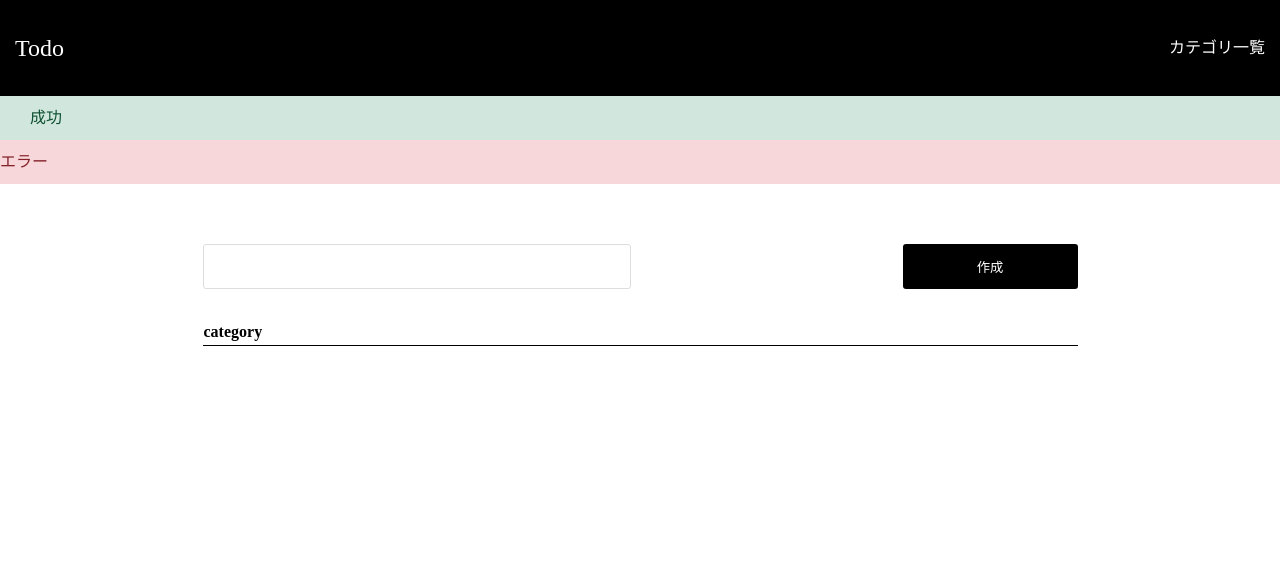
Repository: mayu-ya/todo4
Page: http://localhost/categories
An editor plug-in stored every save of this project. The page is shown before and after the next save, followed by the edit.
The browser window is 1280 px wide. The pictures show the whole page.
The page is served by the project's Laravel application, run on PHP 8.4 with Laravel 8. Other server files are loaded and not shown. Queries for data that is not in the repository find no rows.

Above is the page before, as saved 2026-01-13 23:31:06.

### src/routes/web.php
<?php

use Illuminate\Support\Facades\Route;
use App\Http\Controllers\TodoController;
use App\Http\Controllers\CategoryController;

/*
|--------------------------------------------------------------------------
| Web Routes
|--------------------------------------------------------------------------
|
| Here is where you can register web routes for your application. These
| routes are loaded by the RouteServiceProvider within a group which
| contains the "web" middleware group. Now create something great!
|
*/

Route::get('/', [TodoController::class, 'index']);
Route::post('/todos', [TodoController::class, 'store']);
Route::patch('/todos/update', [TodoController::class, 'update']);
Route::delete('todos/delete', [TodoController::class, 'destroy']);

Route::get('/categories', [CategoryController::class, 'index']);

### src/app/Http/Controllers/CategoryController.php
<?php

namespace App\Http\Controllers;

use App\Models\Category;
use Illuminate\Http\Request;

class CategoryController extends Controller
{
    public function index()
    {
        $categories = Category::all();

        return view('category', compact('categories'));
    }
}

### src/app/Models/Category.php
<?php

namespace App\Models;

use Illuminate\Database\Eloquent\Factories\HasFactory;
use Illuminate\Database\Eloquent\Model;

class Category extends Model
{
    use HasFactory;

    protected $fillable = ['neme'];
}

### src/resources/views/category.blade.php
@extends('layouts.app')

@section('css')
<link rel="stylesheet" href="{{ asset('css/category.css') }}">
@endsection

@section('content')
<div class="category-message">
    <div class="category-success">
        <div class="category-success_message">成功</div>
    </div>
    <div class="category-error">
        <div class="category-error_message">エラー</div>
    </div>
</div>

<div class="content">
    <form class="category-form">
        <div class="category-form_item">
            <input type="text" class="category-form_item-input" name="category">
        </div>
        <div class="category-form_button">
            <button class="category-form_button-submit" type="submit">作成</button>
        </div>
    </form>

    <table class="table">
        <tr class="table-row">
            <th class="table-header">
                <div class="table-header-item">category</div>
            </th>
        </tr>
        @foreach($categories as $category)
        <tr class="table-row">
            <td class="table_item">
                <form class="table-update" action="/">
                    <div class="table-update_item">
                        <input type="text" class="table-update_item-input" name="category">
                    </div>
                    <div class="table-update_button">
                        <button class="table-update_button-submit" type="submit">更新</button>
                    </div>
                </form>
            </td>
            <td class="table_item">
                <form class="table-delete" action="/">
                    <div class="table-delete_button">
                        <button class="table-delete_button-submit" type="submit">削除</button>
                    </div>
                </form>
            </td>
        </tr>
        @endforeach
    </table>
</div>
@endsection

### src/resources/views/layouts/app.blade.php
<!DOCTYPE html>
<html lang="ja">
<head>
    <meta charset="UTF-8">
    <meta name="viewport" content="width=device-width, initial-scale=1.0">
    <title>Todo</title>
    <link rel="stylesheet" href="{{ asset('css/sanitize.css') }}">
    <link rel="stylesheet" href="{{ asset('css/common.css') }}">
    @yield('css')
</head>
<body>
    <header class="header">
        <div class="header-inner">
            <div class="header-utilities">
                <a href="/" class="header-logo">Todo</a>
                <nav>
                    <ul class="header-nav">
                        <li class="header-nav_item">
                            <a href="/categories" class="header-nav_link">カテゴリ一覧</a>
                        </li>
                    </ul>
                </nav>
            </div>
        </div>
    </header>

    <main>
        @yield('content')
    </main>
</body>
</html>

### src/public/css/sanitize.css
/* Document
* ========================================================================== */

/**
* Add border box sizing in all browsers (opinionated).
*/

*,
::before,
::after {
box-sizing: border-box;
}

/**
* 1. Add text decoration inheritance in all browsers (opinionated).
* 2. Add vertical alignment inheritance in all browsers (opinionated).
*/

::before,
::after {
vertical-align: inherit; /* 2 */
text-decoration: inherit; /* 1 */
}

/**
* 1. Use the default cursor in all browsers (opinionated).
* 2. Change the line height in all browsers (opinionated).
* 3. Use a 4-space tab width in all browsers (opinionated).
* 4. Remove the grey highlight on links in iOS (opinionated).
* 5. Prevent adjustments of font size after orientation changes in
*    IE on Windows Phone and in iOS.
* 6. Breaks words to prevent overflow in all browsers (opinionated).
*/

html {
word-break: break-word; /* 6 */
-moz-tab-size: 4; /* 3 */
tab-size: 4; /* 3 */
line-height: 1.5; /* 2 */
cursor: default; /* 1 */

-webkit-tap-highlight-color: transparent /* 4 */;
-ms-text-size-adjust: 100%; /* 5 */
-webkit-text-size-adjust: 100%; /* 5 */
}

/* Sections
* ========================================================================== */

/**
* Remove the margin in all browsers (opinionated).
*/

body {
margin: 0;
}

/**
* Correct the font size and margin on `h1` elements within `section` and
* `article` contexts in Chrome, Edge, Firefox, and Safari.
*/

h1 {
margin: 0.67em 0;
font-size: 2em;
}

/* Grouping content
* ========================================================================== */

/**
* Remove the margin on nested lists in Chrome, Edge, IE, and Safari.
*/

dl dl,
dl ol,
dl ul,
ol dl,
ul dl {
margin: 0;
}

/**
* Remove the margin on nested lists in Edge 18- and IE.
*/

ol ol,
ol ul,
ul ol,
ul ul {
margin: 0;
}

/**
* 1. Add the correct sizing in Firefox.
* 2. Show the overflow in Edge 18- and IE.
*/

hr {
overflow: visible; /* 2 */
height: 0; /* 1 */
}

/**
* Add the correct display in IE.
*/

main {
display: block;
}

/**
* Remove the list style on navigation lists in all browsers (opinionated).
*/

nav ol,
nav ul {
padding: 0;
list-style: none;
}

/**
* 1. Correct the inheritance and scaling of font size in all browsers.
* 2. Correct the odd `em` font sizing in all browsers.
*/

pre {
font-size: 1em; /* 2 */
font-family: monospace, monospace; /* 1 */
}

/* Text-level semantics
* ========================================================================== */

/**
* Remove the gray background on active links in IE 10.
*/

a {
background-color: transparent;
}

/**
* Add the correct text decoration in Edge 18-, IE, and Safari.
*/

abbr[title] {
text-decoration: underline;
text-decoration: underline dotted;
}

/**
* Add the correct font weight in Chrome, Edge, and Safari.
*/

b,
strong {
font-weight: bolder;
}

/**
* 1. Correct the inheritance and scaling of font size in all browsers.
* 2. Correct the odd `em` font sizing in all browsers.
*/

code,
kbd,
samp {
font-size: 1em; /* 2 */
font-family: monospace, monospace; /* 1 */
}

/**
* Add the correct font size in all browsers.
*/

small {
font-size: 80%;
}

/* Embedded content
* ========================================================================== */

/*
* Change the alignment on media elements in all browsers (opinionated).
*/

audio,
canvas,
iframe,
img,
svg,
video {
vertical-align: middle;
}

/**
* Add the correct display in IE 9-.
*/

audio,
video {
display: inline-block;
}

/**
* Add the correct display in iOS 4-7.
*/

audio:not([controls]) {
display: none;
height: 0;
}

/**
* Remove the border on iframes in all browsers (opinionated).
*/

iframe {
border-style: none;
}

/**
* Remove the border on images within links in IE 10-.
*/

img {
border-style: none;
}

/**
* Change the fill color to match the text color in all browsers (opinionated).
*/

svg:not([fill]) {
fill: currentColor;
}

/**
* Hide the overflow in IE.
*/

svg:not(:root) {
overflow: hidden;
}

/* Tabular data
* ========================================================================== */

/**
* Collapse border spacing in all browsers (opinionated).
*/

table {
border-collapse: collapse;
}

/* Forms
* ========================================================================== */

/**
* Remove the margin on controls in Safari.
*/

button,
input,
select {
margin: 0;
}

/**
* 1. Show the overflow in IE.
* 2. Remove the inheritance of text transform in Edge 18-, Firefox, and IE.
*/

button {
overflow: visible; /* 1 */
text-transform: none; /* 2 */
}

/**
* Correct the inability to style buttons in iOS and Safari.
*/

button,
[type="button"],
[type="reset"],
[type="submit"] {
-webkit-appearance: button;
}

/**
* 1. Change the inconsistent appearance in all browsers (opinionated).
* 2. Correct the padding in Firefox.
*/

fieldset {
padding: 0.35em 0.75em 0.625em; /* 2 */
border: 1px solid #a0a0a0; /* 1 */
}

/**
* Show the overflow in Edge 18- and IE.
*/

input {
overflow: visible;
}

/**
* 1. Correct the text wrapping in Edge 18- and IE.
* 2. Correct the color inheritance from `fieldset` elements in IE.
*/

legend {
display: table; /* 1 */
max-width: 100%; /* 1 */
color: inherit; /* 2 */
white-space: normal; /* 1 */
}

/**
* 1. Add the correct display in Edge 18- and IE.
* 2. Add the correct vertical alignment in Chrome, Edge, and Firefox.
*/

progress {
display: inline-block; /* 1 */
vertical-align: baseline; /* 2 */
}

/**
* Remove the inheritance of text transform in Firefox.
*/

select {
text-transform: none;
}

/**
* 1. Remove the margin in Firefox and Safari.
* 2. Remove the default vertical scrollbar in IE.
* 3. Change the resize direction in all browsers (opinionated).
*/

textarea {
overflow: auto; /* 2 */
margin: 0; /* 1 */
resize: vertical; /* 3 */
}

/**
* Remove the padding in IE 10-.
*/

[type="checkbox"],
[type="radio"] {
padding: 0;
}

/**
* 1. Correct the odd appearance in Chrome, Edge, and Safari.
* 2. Correct the outline style in Safari.
*/

[type="search"] {
outline-offset: -2px; /* 2 */

-webkit-appearance: textfield; /* 1 */
}

/**
* Correct the cursor style of increment and decrement buttons in Safari.
*/

::-webkit-inner-spin-button,
::-webkit-outer-spin-button {
height: auto;
}

/**
* Correct the text style of placeholders in Chrome, Edge, and Safari.
*/

::-webkit-input-placeholder {
color: inherit;
opacity: 0.54;
}

/**
* Remove the inner padding in Chrome, Edge, and Safari on macOS.
*/

::-webkit-search-decoration {
-webkit-appearance: none;
}

/**
* 1. Correct the inability to style upload buttons in iOS and Safari.
* 2. Change font properties to `inherit` in Safari.
*/

::-webkit-file-upload-button {
font: inherit; /* 2 */

-webkit-appearance: button; /* 1 */
}

/**
* Remove the inner border and padding of focus outlines in Firefox.
*/

::-moz-focus-inner {
padding: 0;
border-style: none;
}

/**
* Restore the focus outline styles unset by the previous rule in Firefox.
*/

:-moz-focusring {
outline: 1px dotted ButtonText;
}

/**
* Remove the additional :invalid styles in Firefox.
*/

:-moz-ui-invalid {
box-shadow: none;
}

/* Interactive
* ========================================================================== */

/*
* Add the correct display in Edge 18- and IE.
*/

details {
display: block;
}

/*
* Add the correct styles in Edge 18-, IE, and Safari.
*/

dialog {
position: absolute;
right: 0;
left: 0;
display: block;
margin: auto;
padding: 1em;
width: -moz-fit-content;
width: -webkit-fit-content;
width: fit-content;
height: -moz-fit-content;
height: -webkit-fit-content;
height: fit-content;
border: solid;
background-color: white;
color: black;
}

dialog:not([open]) {
display: none;
}

/*
* Add the correct display in all browsers.
*/

summary {
display: list-item;
}

/* Scripting
* ========================================================================== */

/**
* Add the correct display in IE 9-.
*/

canvas {
display: inline-block;
}

/**
* Add the correct display in IE.
*/

template {
display: none;
}

/* User interaction
* ========================================================================== */

/*
* 1. Remove the tapping delay in IE 10.
* 2. Remove the tapping delay on clickable elements
in all browsers (opinionated).
*/

a,
area,
button,
input,
label,
select,
summary,
textarea,
[tabindex] {
-ms-touch-action: manipulation; /* 1 */
touch-action: manipulation; /* 2 */
}

/**
* Add the correct display in IE 10-.
*/

[hidden] {
display: none;
}

/* Accessibility
* ========================================================================== */

/**
* Change the cursor on busy elements in all browsers (opinionated).
*/

[aria-busy="true"] {
cursor: progress;
}

/*
* Change the cursor on control elements in all browsers (opinionated).
*/

[aria-controls] {
cursor: pointer;
}

/*
* Change the cursor on disabled, not-editable, or otherwise
* inoperable elements in all browsers (opinionated).
*/

[aria-disabled="true"],
[disabled] {
cursor: not-allowed;
}

/*
* Change the display on visually hidden accessible elements
* in all browsers (opinionated).
*/

[aria-hidden="false"][hidden] {
display: initial;
}

[aria-hidden="false"][hidden]:not(:focus) {
position: absolute;
clip: rect(0, 0, 0, 0);
}

### src/public/css/common.css
.header {
    background: #000;
    max-width: 1536px;
}

.header-inner {
    width: 100%;
    margin: 0 auto;
    padding: 20px 15px;
}

.header-utilities {
    display: flex;
    align-items: center;
    justify-content: space-between;
}

.header-logo {
    display: block;
    font-size: 24px;
    color: #fff;
    text-decoration: none;
    cursor: pointer;
}

.header-nav_link {
    color: #fff;
    text-decoration: none;
}

### src/public/css/category.css
.category-success_message {
    padding: 10px 30px;
    background: #d1e7dd;
    color: #0f5132;
    border-color: #badbcc;
}

.category-error_message {
    padding: 10px 0;
    background: #f8d7da;
    color: #842029;
    border-color: #f5c2c7;
}

.content {
    max-width: 1536px;
    margin: 0 auto;
    padding: 60px 15px;
}


.category-form {
    display: flex;
    width: 70%;
    justify-content: space-between;
    margin: 0 auto;
    margin-bottom: 15px;
    align-items: center;
}

.category-form_item {
    width: 70%;
}

.category-form_item-input {
    margin-right: 10px;
    padding: 10px;
    width: 70%;
    height: 45px;
    border: 1px solid #ddd;
    border-radius: 3px;
    outline: none;
}

.category-form_button {
    width: 20%;
}

.category-form_button-submit {
    padding: 10px;
    width: 100%;
    height: 45px;
    border: none;
    border-radius: 3px;
    background: #000;
    color: #fff;
    cursor: pointer;
}

.table {
    margin: 30px auto;
    width: 70%;
    text-align: left;
}

.table-row {
    display: flex;
    border-bottom: 1px solid #000;
}

.table-update {
    display: flex;
    align-items: center;
    justify-content: space-between;
}

.table-update_item {
    width: 40%;
    line-height: 50%
}

.table-update_item-input {
    width: 100%;
    outline: none;
    border: none;
}

.table_item:first-of-type {
    padding: 12px;
    width: 90%;
}

.table-update_button {
    width: 50px;
}

.table-update_button-submit {
    padding: 5px;
    width: 100%;
    border: none;
    border-radius: 3px;
    background: #00f;
    color: #fff;
    cursor: pointer;
}

.table-delete_button {
    width: 50px;
    padding: 12px 0;
}

.table-delete_button-submit {
    padding: 5px;
    width: 100%;
    border: none;
    border-radius: 3px;
    background: #ff0000;
    color: #fff;
    cursor: pointer;
}

Loaded but not shown: src/app/Http/Controllers/Controller.php (common file)

After the next save:
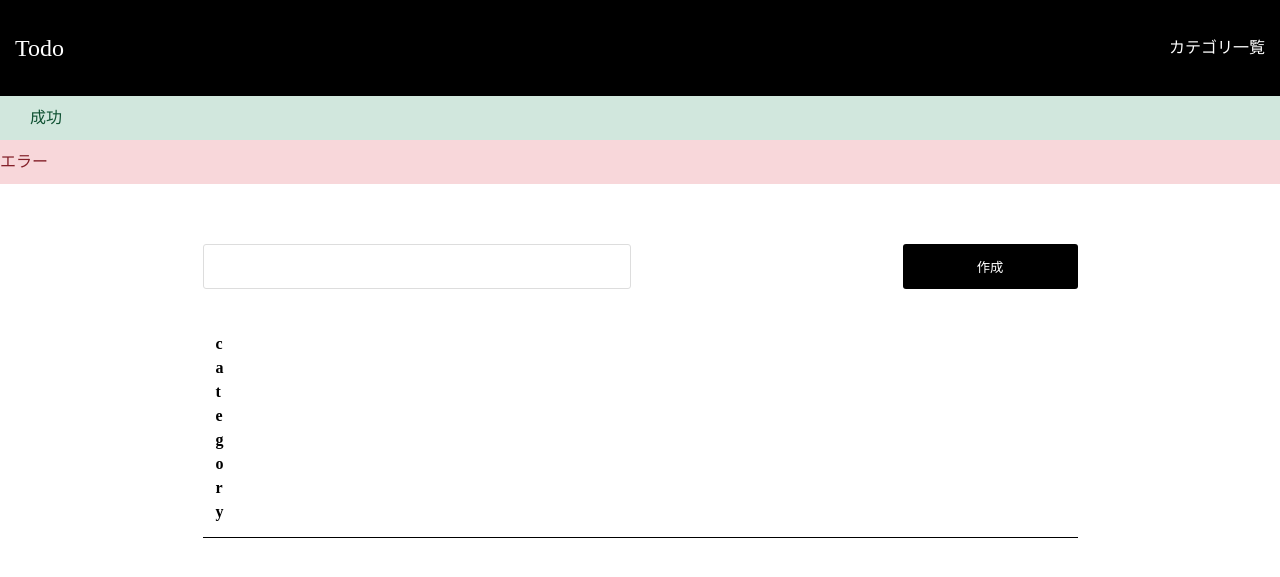
Saved 3 min 25 s later.
--- a/src/public/css/category.css
+++ b/src/public/css/category.css
@@ -60,12 +60,19 @@
 .table {
     margin: 30px auto;
     width: 70%;
-    text-align: left;
+    text-align: center;
 }
 
 .table-row {
     display: flex;
     border-bottom: 1px solid #000;
+}
+
+.table-header-item {
+    padding: 12px;
+    width: 20%;
+    text-align: left;
+    font-weight: bold;
 }
 
 .table-update {
